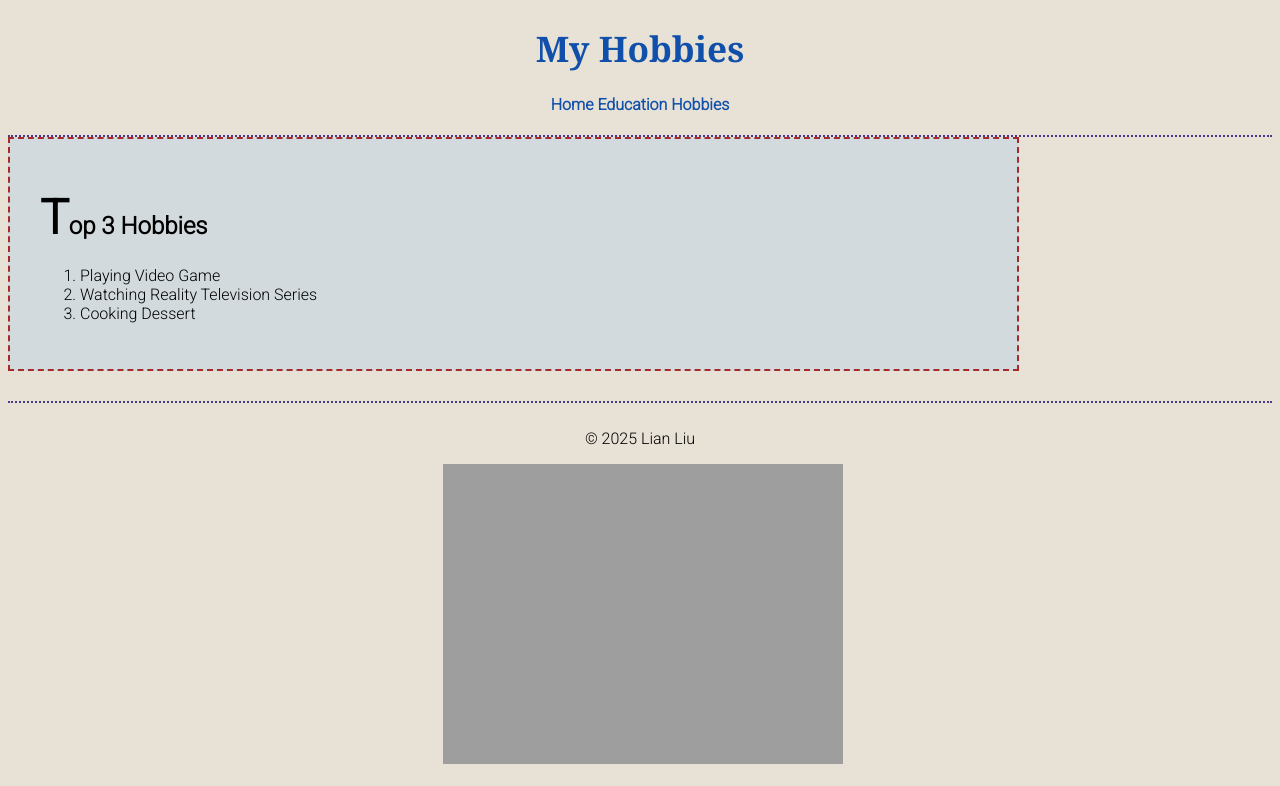
Repository: liulian26/CS5610
Page: assignment-1-liulian26/pages/hobbies.html
An editor plug-in stored every save of this project. The page is shown before and after the next save, followed by the edit.
The browser window is 1280 px wide. The pictures show the whole page.
Pictures or frames that could not be fetched are drawn as grey boxes.

Above is the page before, as saved 2025-02-01 00:37:16.

After the next save:
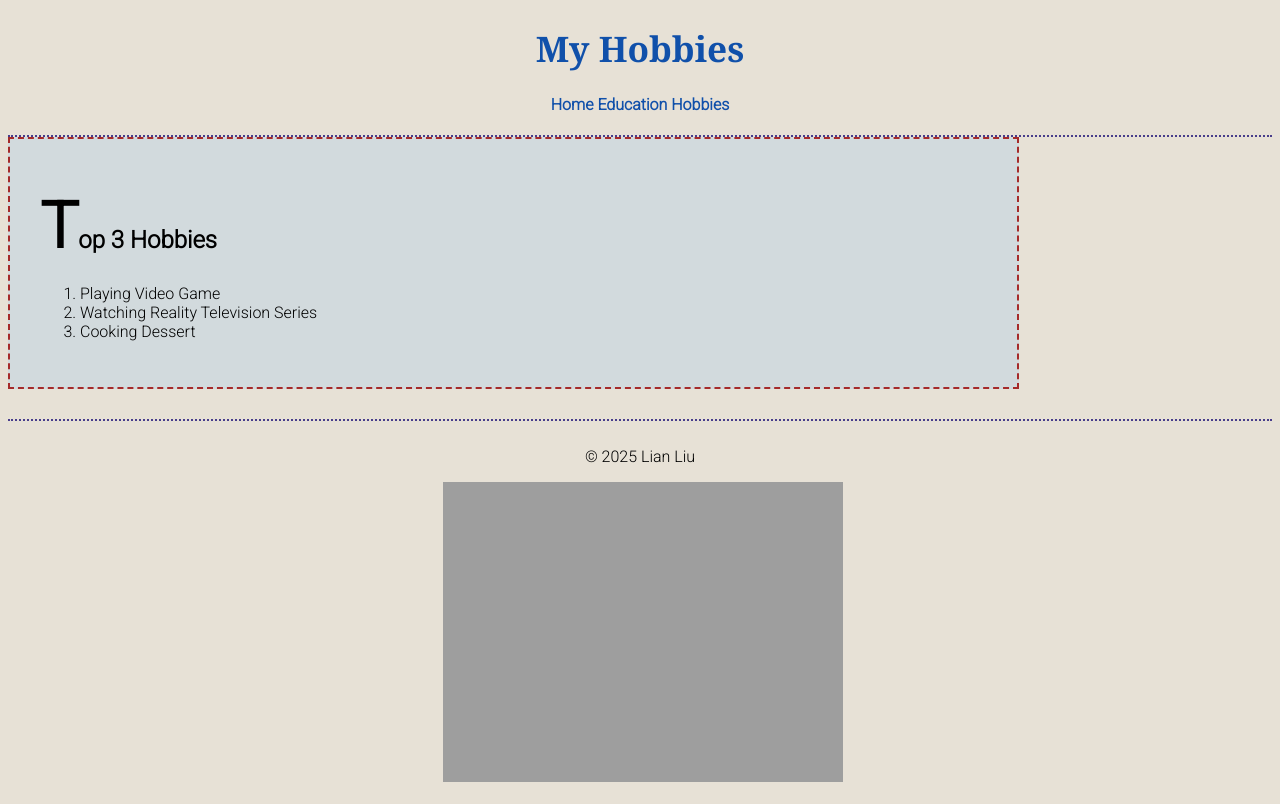
Saved 3 min 16 s later.
--- a/assignment-1-liulian26/css/styles.css
+++ b/assignment-1-liulian26/css/styles.css
@@ -56,7 +56,7 @@ body {
 }
 
 h2::first-letter {
-    font-size: 3rem;
+    font-size: 4rem;
 }
 
 img {
